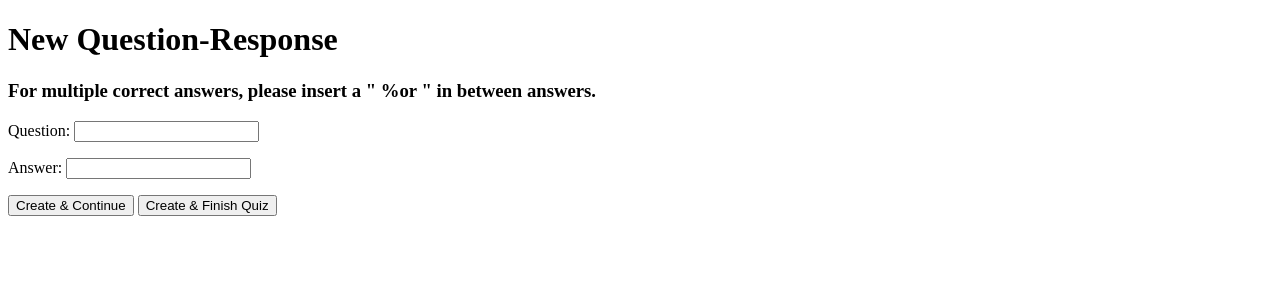
Repository: sarahhtn/CS108_final_project
Page: QuizWebsite/WebContent/CreateQR.html
The author's editor kept a copy of each file at every save. The page is drawn from the files as they stood at one save, then again after the next save.
The browser window is 1280 px wide. The pictures show the whole page.

Above is the page before, as saved 2013-11-16 21:34:05.

### QuizWebsite/WebContent/CreateQR.html
<!DOCTYPE html PUBLIC "-//W3C//DTD HTML 4.01 Transitional//EN" "http://www.w3.org/TR/html4/loose.dtd">
<html>
<head>
<meta http-equiv="Content-Type" content="text/html; charset=UTF-8">
<title>Create a New Question-Response</title>
</head>
<body>
<h1>New Question-Response</h1>
<h3>For multiple correct answers, please insert a " %or " in between answers.</h3>

<form action="QRServlet" method="post">
<p>Question: <input type="text" name="question" /></p>
<p>Answer: <input type="textarea" name="answer" /></p>
<input type="submit" value="Create & Continue"/>
<input type="submit" value="Create & Finish Quiz"/>
</form>

</body>
</html>

After the next save:
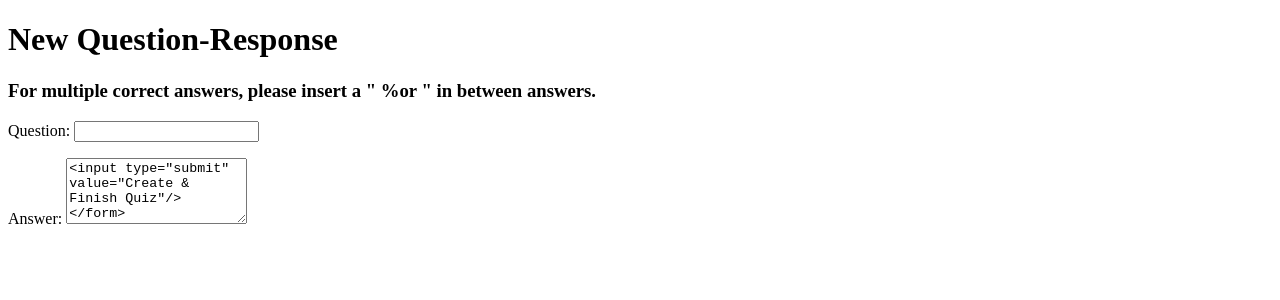
Saved 2 min 10 s later.
--- a/QuizWebsite/WebContent/CreateQR.html
+++ b/QuizWebsite/WebContent/CreateQR.html
@@ -10,7 +10,7 @@
 
 <form action="QRServlet" method="post">
 <p>Question: <input type="text" name="question" /></p>
-<p>Answer: <input type="textarea" name="answer" /></p>
+<p>Answer: <textarea rows = "4" cols = "20" name="answer></textarea> /p>
 <input type="submit" value="Create & Continue"/>
 <input type="submit" value="Create & Finish Quiz"/>
 </form>
